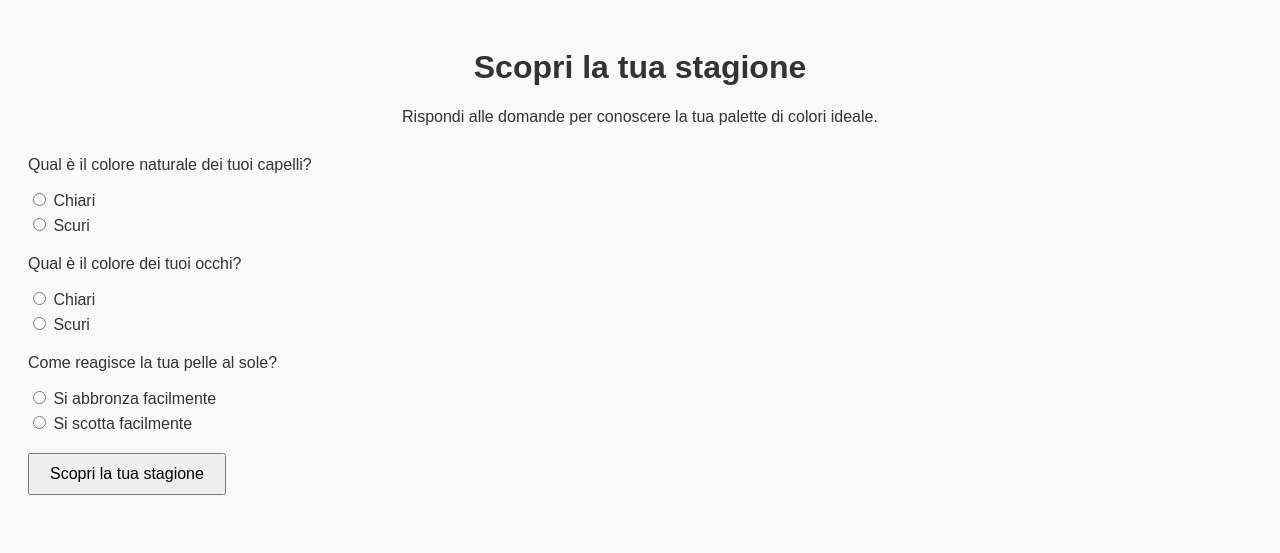
Repository: Probyte5D/Armocromia-website
Page: index.html
The author's editor kept a copy of each file at every save. The page is drawn from the files as they stood at one save, then again after the next save.
The browser window is 1280 px wide. The pictures show the whole page.

Above is the page before, as saved 2025-04-17 20:05:56.

### index.html
<!DOCTYPE html>
<html lang="it">
<head>
  <meta charset="UTF-8">
  <meta name="viewport" content="width=device-width, initial-scale=1.0">
  <title>Test di Armocromia</title>
  <link rel="stylesheet" href="style.css">
</head>
<body>
  <header>
    <h1>Scopri la tua stagione</h1>
    <p>Rispondi alle domande per conoscere la tua palette di colori ideale.</p>
  </header>
  <main>
    <form id="armocromiaTest">
      <div class="question">
        <p>Qual è il colore naturale dei tuoi capelli?</p>
        <label><input type="radio" name="capelli" value="chiari"> Chiari</label>
        <label><input type="radio" name="capelli" value="scuri"> Scuri</label>
      </div>
      <div class="question">
        <p>Qual è il colore dei tuoi occhi?</p>
        <label><input type="radio" name="occhi" value="chiari"> Chiari</label>
        <label><input type="radio" name="occhi" value="scuri"> Scuri</label>
      </div>
      <div class="question">
        <p>Come reagisce la tua pelle al sole?</p>
        <label><input type="radio" name="pelle" value="si_abbronza"> Si abbronza facilmente</label>
        <label><input type="radio" name="pelle" value="si_scotta"> Si scotta facilmente</label>
      </div>
      <button type="submit">Scopri la tua stagione</button>
    </form>
    <section id="risultato" class="hidden">
      <h2 id="stagione"></h2>
      <div id="palette"></div>
    </section>
  </main>
  <script src="script.js"></script>
</body>
</html>

### style.css
body {
  font-family: Arial, sans-serif;
  background-color: #f9f9f9;
  color: #333;
  padding: 20px;
}

header {
  text-align: center;
  margin-bottom: 30px;
}

.question {
  margin-bottom: 20px;
}

label {
  display: block;
  margin: 5px 0;
}

button {
  padding: 10px 20px;
  font-size: 16px;
}

.hidden {
  display: none;
}

#palette {
  display: flex;
  gap: 10px;
  margin-top: 20px;
}

.color-box {
  width: 60px;
  height: 60px;
  border: 1px solid #ccc;
  cursor: pointer;
}

### script.js
document.getElementById('armocromiaTest').addEventListener('submit', function(e) {
  e.preventDefault();

  const capelli = document.querySelector('input[name="capelli"]:checked')?.value;
  const occhi = document.querySelector('input[name="occhi"]:checked')?.value;
  const pelle = document.querySelector('input[name="pelle"]:checked')?.value;

  if (!capelli || !occhi || !pelle) {
    alert('Per favore, rispondi a tutte le domande.');
    return;
  }

  let stagione = '';
  let palette = [];

  // Logica semplificata per determinare la stagione
  if (capelli === 'chiari' && occhi === 'chiari' && pelle === 'si_abbronza') {
    stagione = 'Primavera';
    palette = ['#FFD1DC', '#FFFACD', '#E0BBE4', '#FFB347', '#B5EAD7'];
  } else if (capelli === 'chiari' && occhi === 'chiari' && pelle === 'si_scotta') {
    stagione = 'Estate';
    palette = ['#BFD7EA', '#D6E2E9', '#A2D2FF', '#CDB4DB', '#E2F0CB'];
  } else if (capelli === 'scuri' && occhi === 'scuri' && pelle === 'si_abbronza') {
    stagione = 'Autunno';
    palette = ['#D2691E', '#C3B091', '#A0522D', '#F4A460', '#B22222'];
  } else {
    stagione = 'Inverno';
    palette = ['#000000', '#4169E1', '#8A2BE2', '#FF1493', '#00CED1'];
  }

  document.getElementById('stagione').textContent = `La tua stagione è: ${stagione}`;
  const paletteContainer = document.getElementById('palette');
  paletteContainer.innerHTML = '';
  palette.forEach(color => {
    const div = document.createElement('div');
    div.className = 'color-box';
    div.style.backgroundColor = color;
    div.title = color;
    div.addEventListener('click', () => {
      navigator.clipboard.writeText(color);
      alert(`Colore ${color} copiato negli appunti!`);
    });
    paletteContainer.appendChild(div);
  });

  document.getElementById('risultato').classList.remove('hidden');
});

After the next save:
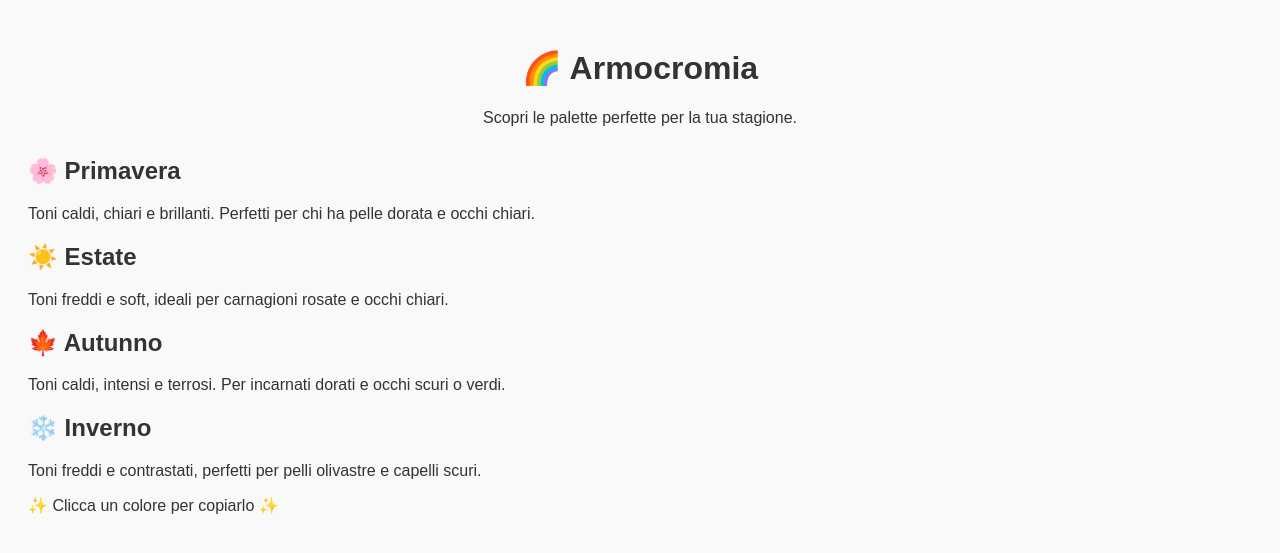
Console error: TypeError: Cannot read properties of null (reading 'addEventListener')
Saved 51 s later.
--- a/index.html
+++ b/index.html
@@ -1,40 +1,71 @@
 <!DOCTYPE html>
 <html lang="it">
 <head>
-  <meta charset="UTF-8">
-  <meta name="viewport" content="width=device-width, initial-scale=1.0">
-  <title>Test di Armocromia</title>
-  <link rel="stylesheet" href="style.css">
+  <meta charset="UTF-8" />
+  <meta name="viewport" content="width=device-width, initial-scale=1.0" />
+  <title>Armocromia - Scopri la tua stagione</title>
+  <link rel="stylesheet" href="style.css" />
 </head>
 <body>
   <header>
-    <h1>Scopri la tua stagione</h1>
-    <p>Rispondi alle domande per conoscere la tua palette di colori ideale.</p>
+    <h1>🌈 Armocromia</h1>
+    <p>Scopri le palette perfette per la tua stagione.</p>
   </header>
+
   <main>
-    <form id="armocromiaTest">
-      <div class="question">
-        <p>Qual è il colore naturale dei tuoi capelli?</p>
-        <label><input type="radio" name="capelli" value="chiari"> Chiari</label>
-        <label><input type="radio" name="capelli" value="scuri"> Scuri</label>
+    <section class="season primavera">
+      <h2>🌸 Primavera</h2>
+      <p>Toni caldi, chiari e brillanti. Perfetti per chi ha pelle dorata e occhi chiari.</p>
+      <div class="palette">
+        <div class="color" data-color="#FFD1DC"></div>
+        <div class="color" data-color="#FFFACD"></div>
+        <div class="color" data-color="#E0BBE4"></div>
+        <div class="color" data-color="#FFB347"></div>
+        <div class="color" data-color="#B5EAD7"></div>
       </div>
-      <div class="question">
-        <p>Qual è il colore dei tuoi occhi?</p>
-        <label><input type="radio" name="occhi" value="chiari"> Chiari</label>
-        <label><input type="radio" name="occhi" value="scuri"> Scuri</label>
+    </section>
+
+    <section class="season estate">
+      <h2>☀️ Estate</h2>
+      <p>Toni freddi e soft, ideali per carnagioni rosate e occhi chiari.</p>
+      <div class="palette">
+        <div class="color" data-color="#BFD7EA"></div>
+        <div class="color" data-color="#D6E2E9"></div>
+        <div class="color" data-color="#A2D2FF"></div>
+        <div class="color" data-color="#CDB4DB"></div>
+        <div class="color" data-color="#E2F0CB"></div>
       </div>
-      <div class="question">
-        <p>Come reagisce la tua pelle al sole?</p>
-        <label><input type="radio" name="pelle" value="si_abbronza"> Si abbronza facilmente</label>
-        <label><input type="radio" name="pelle" value="si_scotta"> Si scotta facilmente</label>
+    </section>
+
+    <section class="season autunno">
+      <h2>🍁 Autunno</h2>
+      <p>Toni caldi, intensi e terrosi. Per incarnati dorati e occhi scuri o verdi.</p>
+      <div class="palette">
+        <div class="color" data-color="#D2691E"></div>
+        <div class="color" data-color="#C3B091"></div>
+        <div class="color" data-color="#A0522D"></div>
+        <div class="color" data-color="#F4A460"></div>
+        <div class="color" data-color="#B22222"></div>
       </div>
-      <button type="submit">Scopri la tua stagione</button>
-    </form>
-    <section id="risultato" class="hidden">
-      <h2 id="stagione"></h2>
-      <div id="palette"></div>
+    </section>
+
+    <section class="season inverno">
+      <h2>❄️ Inverno</h2>
+      <p>Toni freddi e contrastati, perfetti per pelli olivastre e capelli scuri.</p>
+      <div class="palette">
+        <div class="color" data-color="#000000"></div>
+        <div class="color" data-color="#4169E1"></div>
+        <div class="color" data-color="#8A2BE2"></div>
+        <div class="color" data-color="#FF1493"></div>
+        <div class="color" data-color="#00CED1"></div>
+      </div>
     </section>
   </main>
+
+  <footer>
+    <p>✨ Clicca un colore per copiarlo ✨</p>
+  </footer>
+
   <script src="script.js"></script>
 </body>
 </html>
